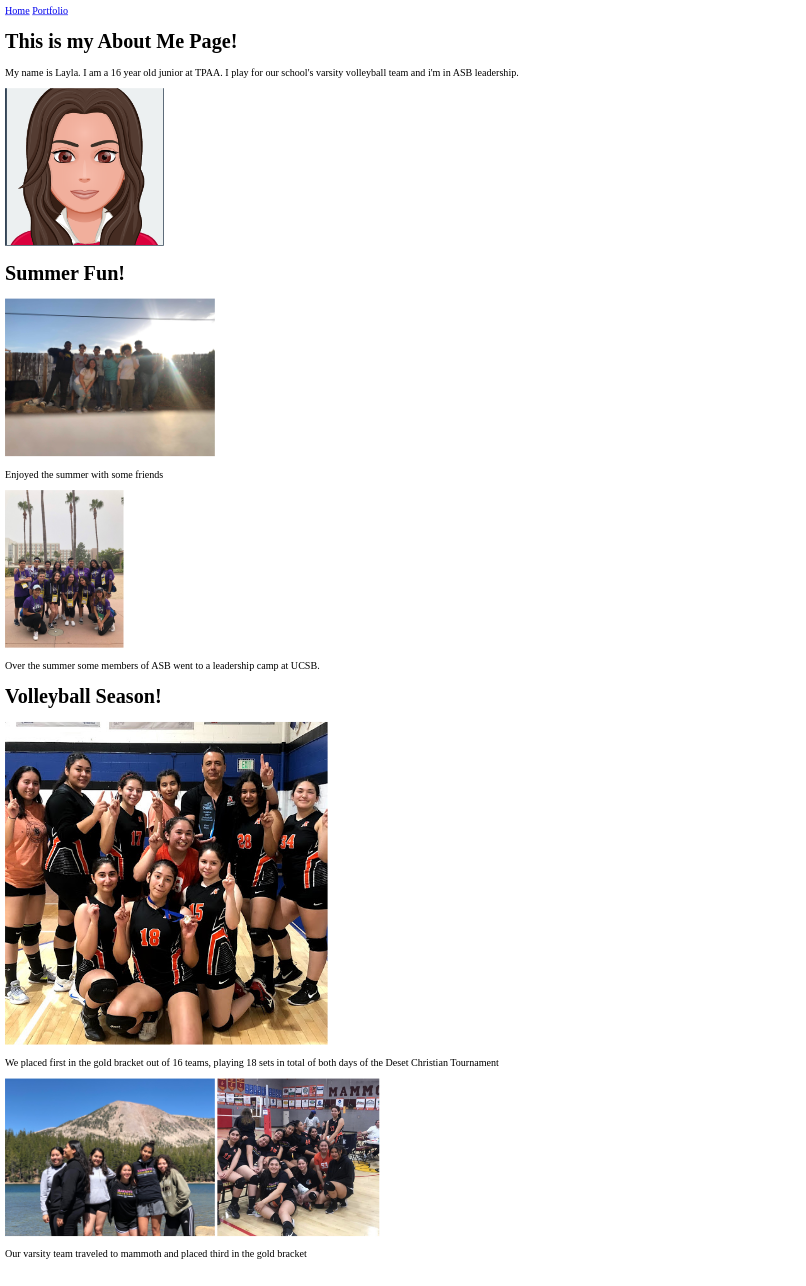
Repository: lalniami2024/lalniami2024.github.io
Page: my_website/aboutme.html
The author's editor kept a record of every edit. The page is drawn from the files as they stood at one moment, then again after the next edit.
The browser window is 1280 px wide. The pictures show the whole page, at 63% of full size.

Above is the page before.

### my_website/aboutme.html
<!doctype html>
<html lang="en">
 <head>
   <meta charset="utf-8">
   <title>About Me!</title>
 </head>
 <body>
    <a href="index.html">Home</a>
    <a href="portfolio.html">Portfolio</a>
    <h1>This is my About Me Page!</h1>
    <p>My name is Layla. I am a 16 year old junior at TPAA. I play for our school's varsity volleyball team and i'm in ASB leadership.</p>
    <img src="images/me.PNG" height="250">
    <h1>Summer Fun!</h1>
    <img src="images/friends.jpg" height="250">
    <p>Enjoyed the summer with some friends </p>
    <img src="images/cada.jpg" height="250">
    <p>Over the summer some members of ASB went to a leadership camp at UCSB. </p>
    <h1>Volleyball Season!</h1>
    <img src="images/DC1.jpg"="250">
    <p> We placed first in the gold bracket out of 16 teams, playing 18 sets in total of both days of the Deset Christian Tournament  </p>
    <img src="images/mammoth1.jpg" height="250">
    <img src="images/mammoth2.jpg" height="250">
    <p>Our varsity team traveled to mammoth and placed third in the gold bracket </p>
    <br>
    </a>
 </body>
</html>

After the next edit:
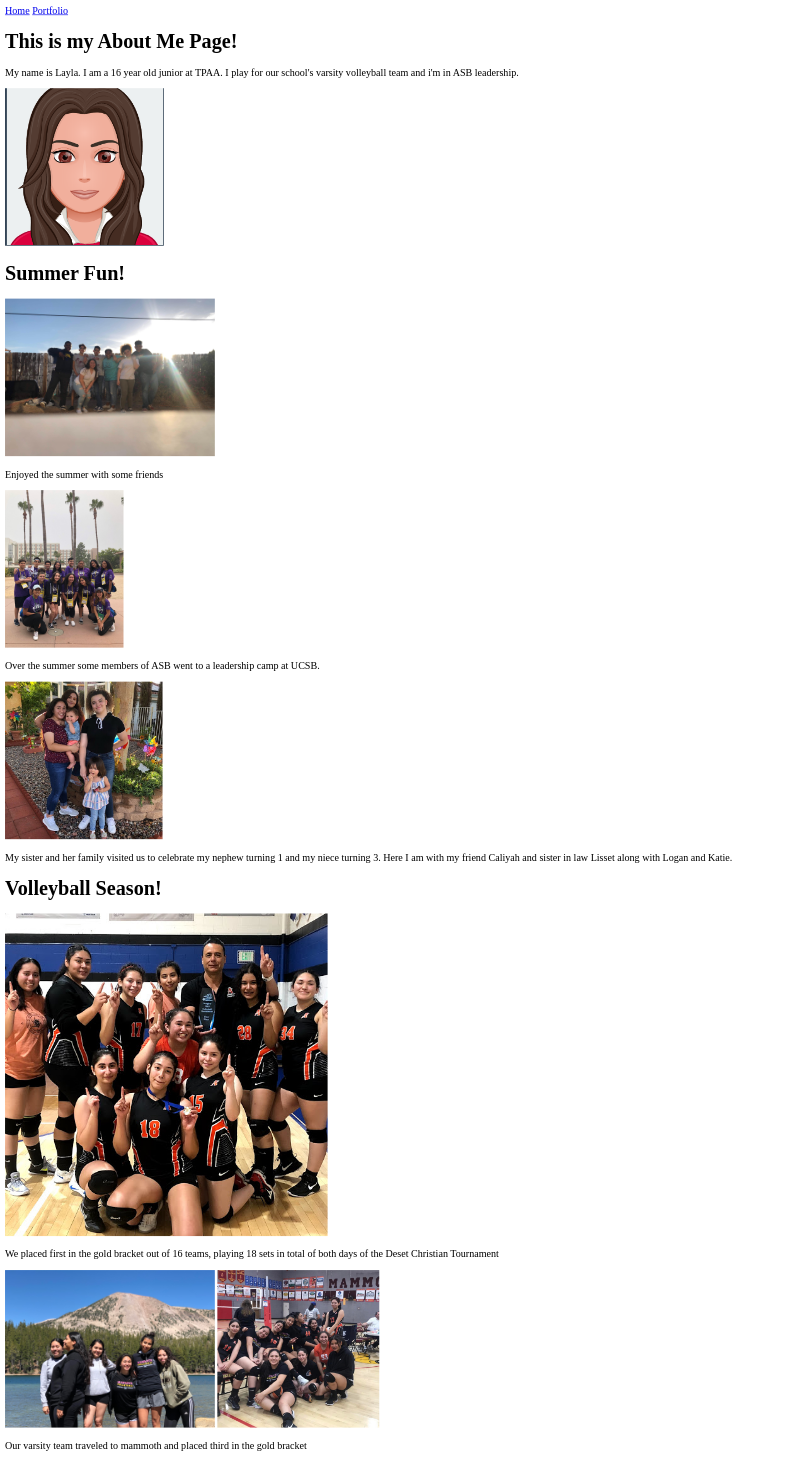
The edit:
--- a/my_website/aboutme.html
+++ b/my_website/aboutme.html
@@ -15,6 +15,8 @@
     <p>Enjoyed the summer with some friends </p>
     <img src="images/cada.jpg" height="250">
     <p>Over the summer some members of ASB went to a leadership camp at UCSB. </p>
+    <img src="images/family.jpg" height="250">
+    <p> My sister and her family visited us to celebrate my nephew turning 1 and my niece turning 3. Here I am with my friend Caliyah and sister in law Lisset along with Logan and Katie.</p>
     <h1>Volleyball Season!</h1>
     <img src="images/DC1.jpg"="250">
     <p> We placed first in the gold bracket out of 16 teams, playing 18 sets in total of both days of the Deset Christian Tournament  </p>
